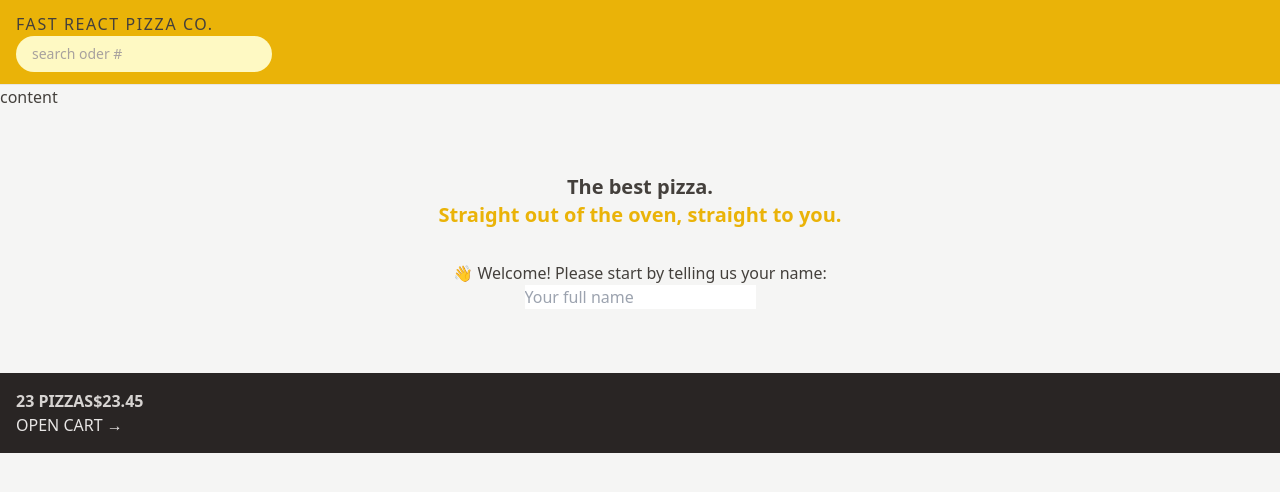
Repository: ayakhaled0001/pizza-delivery
Page: /
These files come from the project's save history. The page is drawn as it stood at one moment and after the next save; the edit follows.
The browser window is 1280 px wide. The pictures show the whole page.
The project was rebuilt for these pictures with package versions that can differ from the ones it lists, and the page was loaded fresh each time. Also part of the build but not shown: vite.config.js, src/services/apiRestaurant.jsx, src/utilities/helpers.jsx, src/features/menu/MenuItem.jsx, src/features/menu/Menu.jsx, src/features/cart/Cart.jsx, src/features/order/Order.jsx, src/ui/Loader.jsx and 1 more. Imported but missing from the stored project, and not drawn on this page: src/features/order/CreateOrder.

Above is the page before, as saved 2025-05-01 02:42:22.

### index.html
<!DOCTYPE html>
<html lang="en">
  <head>
    <meta charset="UTF-8" />
    <link rel="icon" type="image/svg+xml" href="/vite.svg" />
    <meta name="viewport" content="width=device-width, initial-scale=1.0" />
    <title>Vite + React</title>
  </head>
  <body class="bg-stone-100 text-stone-700">
    <div id="root"></div>
    <script type="module" src="/src/main.jsx"></script>
  </body>
</html>

### src/App.jsx
import { createBrowserRouter, RouterProvider } from "react-router-dom";
import Home from "./ui/Home";
import Menu, { loader as menuLoader } from "./features/menu/Menu";
import Cart from "./features/cart/Cart";
import CreateOrder, {
  action as CreateOrderAction,
} from "./features/order/CreateOrder";
import Order, { loader as orderLoader } from "./features/order/Order";
import AppLayout from "./ui/AppLayout";
import Error from "./ui/Error";
const router = createBrowserRouter([
  {
    element: <AppLayout />,
    children: [
      { path: "/", element: <Home /> },
      {
        path: "/menu",
        element: <Menu />,
        loader: menuLoader,
        errorElement: <Error />,
      },
      { path: "/cart", element: <Cart /> },
      {
        path: "/order/new",
        element: <CreateOrder />,
        action: CreateOrderAction,
      },
      {
        path: "/order/:orderId",
        element: <Order />,
        loader: orderLoader,
        errorElement: <Error />,
      },
    ],
  },
]);
function App() {
  return <RouterProvider router={router} />;
}

export default App;

### src/ui/Home.jsx
import CreateUser from "../features/user/CreateUser";
function Home() {
  return (
    <div className="my-10 text-center sm:my-16">
      <h1 className=" mb-8 text-xl  font-semibold ">
        The best pizza.
        <br />
        <span className="text-yellow-500">
          Straight out of the oven, straight to you.
        </span>
      </h1>
      <CreateUser />
    </div>
  );
}

export default Home;

### src/ui/AppLayout.jsx
import Header from "./Header";
import CartOverview from "../features/cart/CartOverview";
import { Outlet, useNavigation } from "react-router-dom";
import Loader from "./Loader";

function AppLayout() {
  const navigation = useNavigation();
  const isLoading = navigation.state === "loading";
  console.log(navigation.state);
  return (
    <div className="layout">
      {isLoading && <Loader />}
      <Header />
      <main>
        <p>content</p>
        <Outlet />
      </main>
      <CartOverview />
    </div>
  );
}

export default AppLayout;

### src/ui/Header.jsx
import { Link } from "react-router-dom";
import SearchOrder from "../features/order/SearchOrder.jsx";
import UserName from "../features/user/UserName.jsx";

function Header() {
  return (
    <header className="bg-yellow-500 px-4 py-3 uppercase border-b border-stone-200">
      <Link to="/" className="tracking-widest">
        Fast React Pizza Co.
      </Link>
      <SearchOrder />
      <UserName />
    </header>
  );
}

export default Header;

### src/features/cart/CartOverview.jsx
import { Link } from "react-router-dom";

function CartOverview() {
  return (
    <div className="bg-stone-800 text-stone-200 uppercase p-4">
      <p className="text-stone-300 font-semibold">
        <span>23 pizzas</span>
        <span>$23.45</span>
      </p>
      <Link to="/cart">Open cart &rarr;</Link>
    </div>
  );
}

export default CartOverview;

### src/features/order/SearchOrder.jsx
import { useState } from "react";
import { useNavigate } from "react-router-dom";

function SearchOrder() {
  const [query, setQuery] = useState("");
  const navigate = useNavigate();
  function handleSubmit(e) {
    e.preventDefault();
    if (!query) return;
    navigate(`/order/${query}`);
    setQuery("");
  }
  return (
    <form onSubmit={handleSubmit}>
      <input
        placeholder="search oder #"
        value={query}
        onChange={(e) => setQuery(e.target.value)}
        className="duration-300 sm:w-64 focus:outline-none focus:ring
         focus:ring-yellow-500 focus:ring-opacity-50  sm:focus:w-72 transition-all w-28
         bg-yellow-100 rounded-full px-4 py-2 text-sm placeholder:text-stone-400"
      />
    </form>
  );
}

export default SearchOrder;

### src/features/user/UserName.jsx
function UserName() {
  return <div className="hidden text-sm font-semibold">ayoya</div>;
}

export default UserName;

Loaded but not shown: src/main.jsx (common file); src/index.css (common file); src/features/user/CreateUser.jsx (common file); tailwind.config.js (common file)

After the next save:
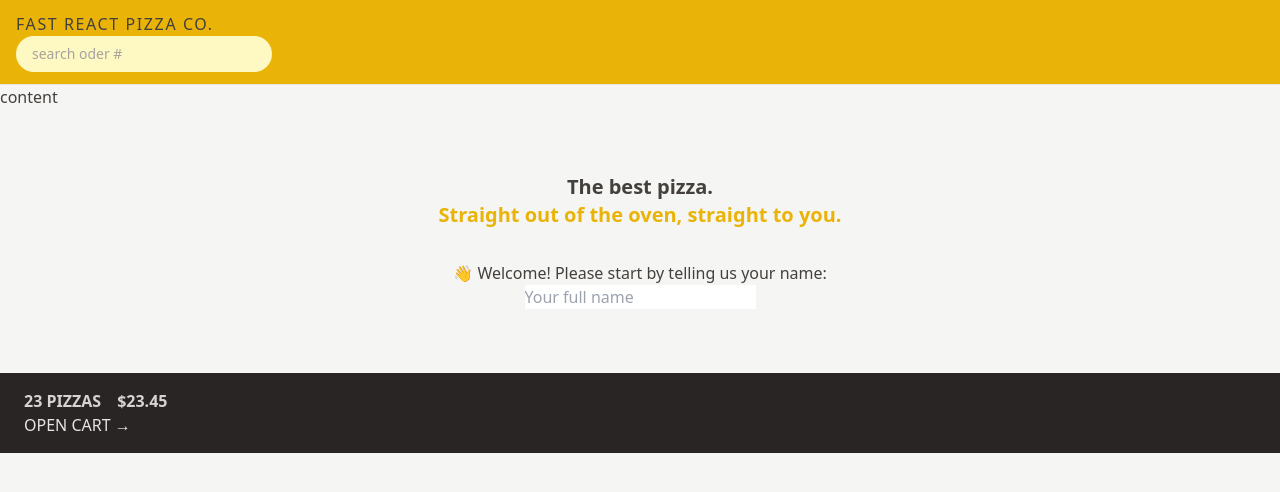
Saved 3 min 2 s later.
--- a/src/features/cart/CartOverview.jsx
+++ b/src/features/cart/CartOverview.jsx
@@ -2,8 +2,8 @@ import { Link } from "react-router-dom";
 
 function CartOverview() {
   return (
-    <div className="bg-stone-800 text-stone-200 uppercase p-4">
-      <p className="text-stone-300 font-semibold">
+    <div className="bg-stone-800 text-stone-200 uppercase p-4 sm:px-6 px-4 py-4">
+      <p className="text-stone-300 font-semibold space-x-4">
         <span>23 pizzas</span>
         <span>$23.45</span>
       </p>
